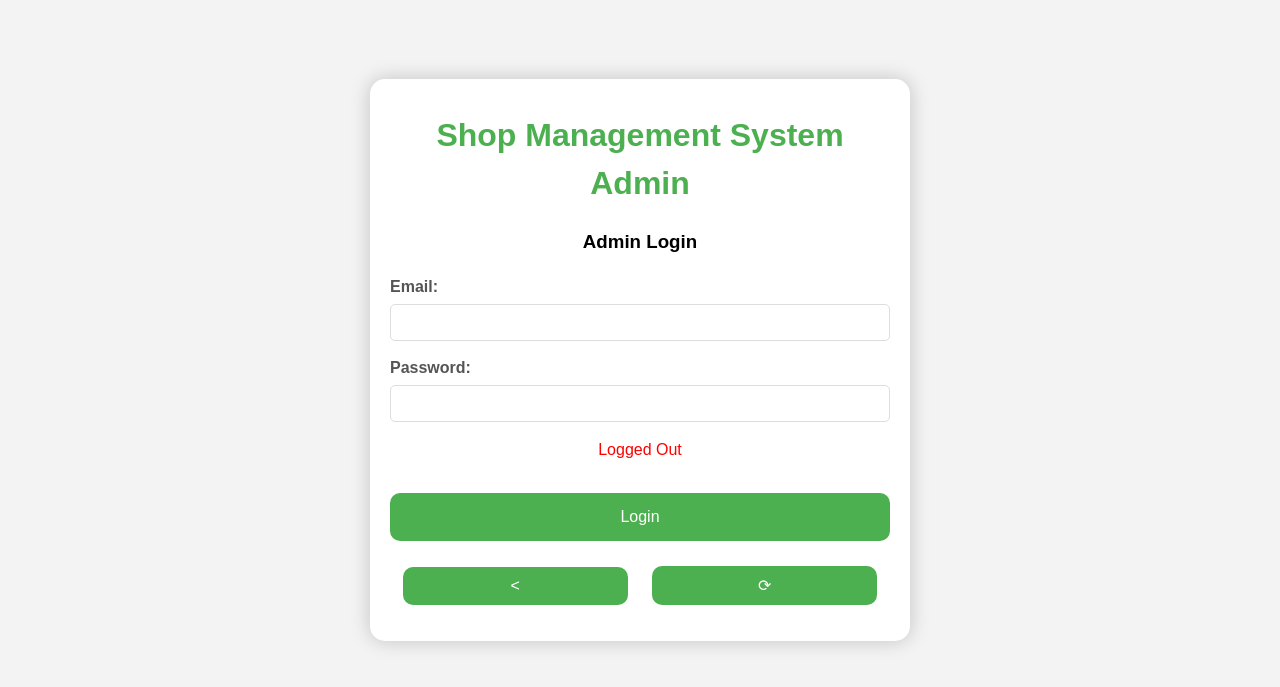
Repository: shamchiwade/GroceryNow
Page: http://localhost/ShopManagement/viewData.jsp
These files come from the project's save history. The page is drawn as it stood at one moment and after the next save; the edit follows.
The browser window is 1280 px wide. The pictures show the whole page.
The page is served by Tomcat 10. Nobody is signed in. The application's start-up code is not run. Other server files are loaded and not shown.

Above is the page before, as saved 2024-10-09 20:29:20.

### ShopManagement/src/main/webapp/viewData.jsp

<%@page import="java.sql.SQLException"%>
<%@page import="java.sql.ResultSet"%>
<%@page import="java.sql.PreparedStatement"%>
<%@page import="java.sql.DriverManager"%>
<%@page import="java.sql.Connection"%>
<%@ page language="java" contentType="text/html; charset=UTF-8"
	pageEncoding="UTF-8"%>


<%
String email = (String) session.getAttribute("email");
String password = (String) session.getAttribute("password");

if (email == null || password == null) {
    RequestDispatcher rd = request.getRequestDispatcher("adminLogin.jsp");
    request.setAttribute("error", "Logged Out");
    rd.forward(request, response);
} else {
    try {
        Class.forName("org.postgresql.Driver");
        Connection con = DriverManager.getConnection("jdbc:postgresql://localhost:5432/shopkeeper?user=postgres&password=root");
        PreparedStatement ps = con.prepareStatement("select * from users where user_email=?");
        ps.setString(1, email);
        ResultSet rs = ps.executeQuery();
        if (rs.next()) {
            String dbPassword = rs.getString("user_password");
            if (password.equals(dbPassword)) {

%>

<!DOCTYPE html>
<html>
<head>
<title>View Data</title>
<style>
body {
	font-family: Arial, sans-serif;
	margin: 0;
	padding: 0;
	background-color: #f9f9f9;
}

.admin-container {
	max-width: 1200px;
	margin: 40px auto;
	padding: 20px;
	background-color: #fff;
	border: 1px solid #ddd;
	box-shadow: 0 0 10px rgba(0, 0, 0, 0.1);
}

.admin-header {
	background-color: #337ab7;
	color: #fff;
	padding: 30px 10px;
	text-align: center;
	border-bottom: 1px solid #337ab7;
	position: relative;
}

.admin-header h1 {
	margin-top: 0;
	font-size: 24px;
}

.logout-button {
	position: absolute;
	top: 10px;
	right: 10px;
	background-color: #e74c3c;
	color: #fff;
	padding: 10px 20px;
	border: none;
	font-size: 16px;
	cursor: pointer;
	border-radius: 5px;
	box-shadow: 0 0 10px rgba(0, 0, 0, 0.2);
}

.logout-button:hover {
	background-color: #c0392b;
}

.data-table {
	width: 100%;
	border-collapse: collapse;
	margin-bottom: 20px;
}

.data-table th, .data-table td {
	border: 1px solid #ddd;
	padding: 10px;
	text-align: left;
}

.data-table th {
	background-color: #337ab7;
	color: #fff;
}

.data-table tr:nth-child(even) {
	background-color: #f9f9f9;
}

.data-table tr:hover {
	background-color: #f2f2f2;
}

.admin-footer {
	background-color: #f0f0f0;
	padding: 10px;
	text-align: center;
	clear: both;
	border-top: 1px solid #ddd;
}

.admin-footer p {
	margin-bottom: 0;
	font-size: 14px;
}

.btn {
	padding: 10px 20px;
	border-radius: 10px;
	border: none;
	color: white;
	cursor: pointer;
	background-color: #4CAF50;
	width: 48%;
	font-size: 16px;
	margin: 10px;
}

.btn:hover {
	background-color: #3e8e41;
}
</style>
</head>
<body>
	<div class="admin-container">
		<div class="admin-header">
			<h1>View Data</h1>
			<p>This page displays all data in the database.</p>
			<a href="logout" class="logout-button">Logout</a>
		</div>
		<table class="data-table">
<%

%>
			<tr>
				<th>ID</th>
				<th>Product Name</th>
				<th>Quantity/Size</th>
				<th>Price</th>
				<th>Product Image</th>
			</tr>
			<tr>
				<td>1</td>
				<td>Apple iPhone 13</td>
				<td>64GB</td>
				<td>$999.99</td>
				<td><img src="https://example.com/iphone13.jpg" width="100"
					height="100"></td>
			</tr>
			<tr>
				<td>2</td>
				<td>Samsung Galaxy S22</td>
				<td>128GB</td>
				<td>$899.99</td>
				<td><img src="https://example.com/galaxys22.jpg" width="100"
					height="100"></td>
			</tr>
			<tr>
				<td>3</td>
				<td>Google Pixel 6</td>
				<td>256GB</td>
				<td>$799.99</td>
				<td><img src="https://example.com/pixel6.jpg" width="100"
					height="100"></td>
			</tr>
		</table>

		<button class="btn" onclick="location.href='adminHome.jsp'"><%="<"%></button>
		<button class="btn" onclick="location.href='viewData.jsp'">&#10227;</button>

		<div class="admin-footer">
			<p>Made With ❤ &copy; 2024 GloceryNow</p>
		</div>
	</div>
</body>
</html>

<%
            } else {
                RequestDispatcher rd = request.getRequestDispatcher("adminLogin.jsp");
                request.setAttribute("error", "Invalid email or password");
                rd.forward(request, response);
            }
        } else {
            RequestDispatcher rd = request.getRequestDispatcher("adminLogin.jsp");
            request.setAttribute("error", "Invalid email or password");
            rd.forward(request, response);
        }
    } catch (ClassNotFoundException | SQLException e) {
        e.printStackTrace();
    }
}
%>

### ShopManagement/src/main/webapp/adminLogin.jsp
<html>
<head>
<title>Shop Management System - Admin Login</title>
<link rel="stylesheet" href="style.css">
</head>
<body>
	<div class="main">
		<h1>Shop Management System Admin</h1>
		<h3>Admin Login</h3>
		<form action="adminlogin">
			<label for="email">Email:</label> <input type="email" id="email"
				name="em" required> <label for="password">Password:</label>
			<input type="password" id="password" name="ps" required>
			<p style="color: red;">${error}</p>
			<button type="submit">Login</button>
			<button class="btn" onclick="location.href='index.jsp'"><%="<"%></button>
			<button class="btn" onclick="location.href='adminLogin.jsp'">&#10227;</button>

		</form>
	</div>
</body>
</html>

### ShopManagement/src/main/webapp/style.css
@charset "UTF-8";

body {
	display: flex;
	align-items: center;
	justify-content: center;
	font-family: sans-serif;
	line-height: 1.5;
	min-height: 100vh;
	background: #f3f3f3;
	flex-direction: column;
	margin: 0;
}

.main {
	background-color: #fff;
	border-radius: 15px;
	box-shadow: 0 0 20px rgba(0, 0, 0, 0.2);
	padding: 10px 20px;
	transition: transform 0.2s;
	width: 500px;
	text-align: center;
}

h1 {
	color: #4CAF50;
}

label {
	display: block;
	width: 80%;
	margin-top: 10px;
	margin-bottom: 5px;
	text-align: left;
	color: #555;
	font-weight: bold;
}

input {
	display: block;
	width: 100%;
	margin-bottom: 15px;
	padding: 10px;
	box-sizing: border-box;
	border: 1px solid #ddd;
	border-radius: 5px;
}

button {
	padding: 15px;
	border-radius: 10px;
	margin-top: 15px;
	margin-bottom: 15px;
	border: none;
	color: white;
	cursor: pointer;
	background-color: #4CAF50;
	width: 100%;
	font-size: 16px;
}

.wrap {
	display: flex;
	justify-content: center;
	align-items: center;
}

.options {
	display: flex;
	justify-content: space-between;
	margin-top: 20px;
}

.btn {
	padding: 10px 20px;
	border-radius: 10px;
	border: none;
	color: white;
	cursor: pointer;
	background-color: #4CAF50;
	width: 45%;
	font-size: 16px;
	margin: 10px;
}

.btn:hover {
	background-color: #3e8e41;
}

After the next save:
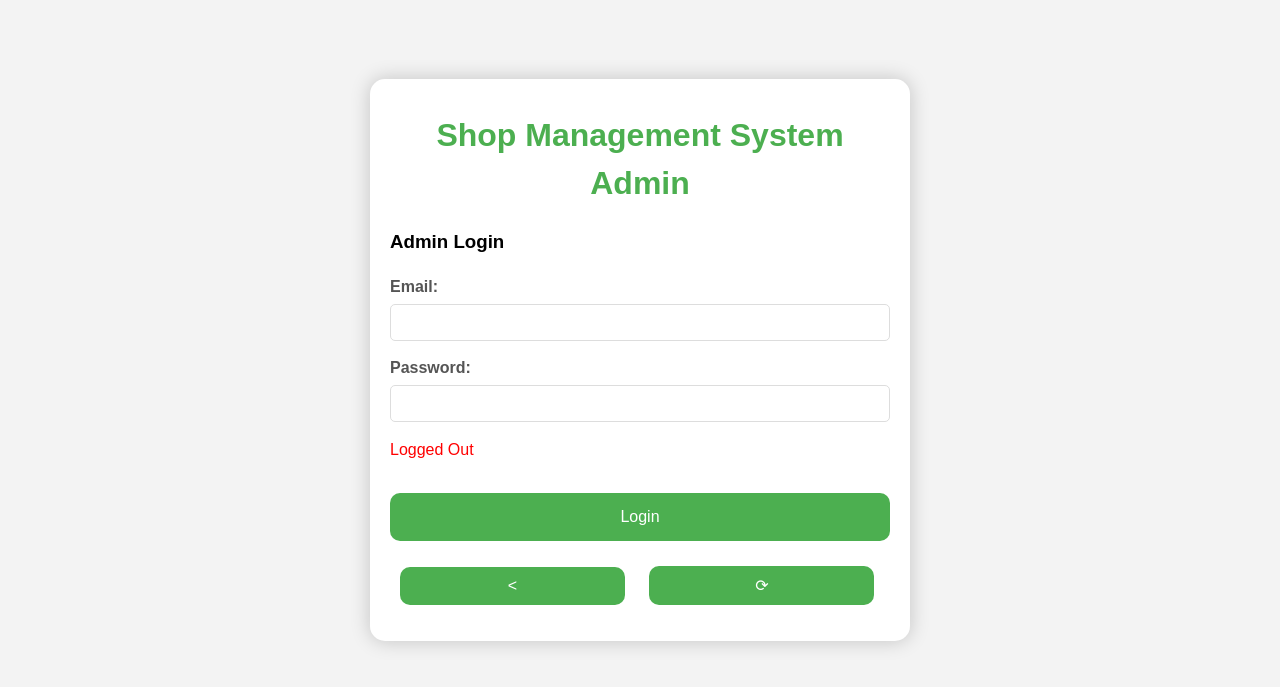
Saved 9 min 57 s later.
--- a/ShopManagement/src/main/webapp/style.css
+++ b/ShopManagement/src/main/webapp/style.css
@@ -19,11 +19,12 @@
 	padding: 10px 20px;
 	transition: transform 0.2s;
 	width: 500px;
-	text-align: center;
+	/* text-align: center; */
 }
 
 h1 {
 	color: #4CAF50;
+	text-align: center;
 }
 
 label {
